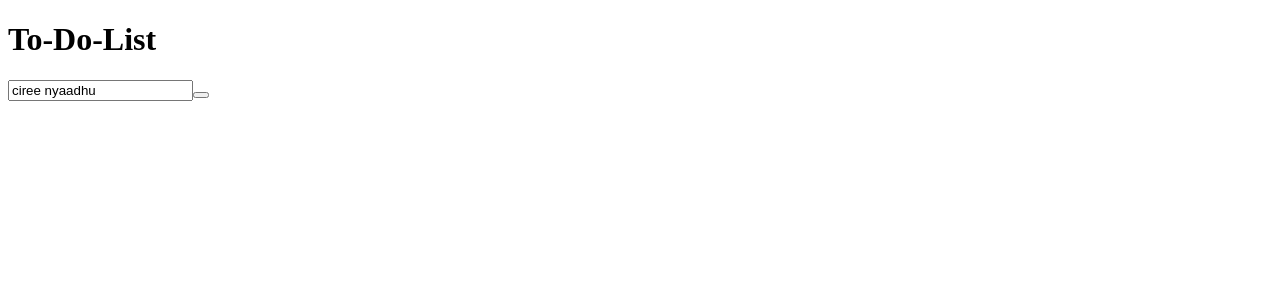
Repository: wakoya-tech/to-do-list-app
Page: /
These files come from the project's save history. The page is drawn as it stood at one moment and after the next save; the edit follows.
The browser window is 1280 px wide. The pictures show the whole page.
The project was rebuilt for these pictures with package versions that can differ from the ones it lists, and the page was loaded fresh each time. Also part of the build but not shown: vite.config.js, src/App.css, src/index.css.

Above is the page before, as saved 2025-10-16 15:31:14.

### src/App.jsx
import { useState } from 'react'
import './App.css'
import ToDoList from './ToDoList.jsx'
function App() {
 return(<>

 <ToDoList/>
 </>)
}

export default App

### src/ToDoList.jsx
import React,{useState} from 'react'

function ToDoList() {
    const [tasks,setTasks]=useState([])
    const [newTask,setNewTask]=useState("ciree nyaadhu","uffata jijiiradhu","mana barumsaa deemi");
    function handleInputChange(e){
      setNewTask(e.target.value)
    }
    function addTask(){

    }
    function deleteTask(index){

    }
    function moveTaskUp(index){

    }
    function moveTaskDown(index){

    }
  return (
    <div className='to-do-list'>
<h1>To-Do-List</h1>
<div>
    <input type="text" placeholder='enter a task'
    value={newTask} onChange={handleInputChange}/>
 <button className='add-button' onClick={addTask}> </button>
</div>
    </div>
  )
}

export default ToDoList

Loaded but not shown: index.html (common file); src/main.jsx (common file)

After the next save:
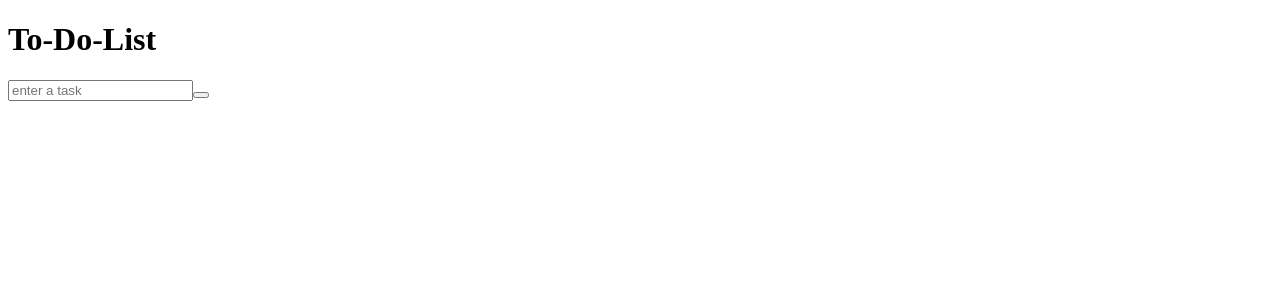
Saved 51 s later.
--- a/src/ToDoList.jsx
+++ b/src/ToDoList.jsx
@@ -1,8 +1,8 @@
 import React,{useState} from 'react'
 
 function ToDoList() {
-    const [tasks,setTasks]=useState([])
-    const [newTask,setNewTask]=useState("ciree nyaadhu","uffata jijiiradhu","mana barumsaa deemi");
+    const [tasks,setTasks]=useState(["ciree nyaadhu","uffata jijiiradhu","mana barumsaa deemi"])
+    const [newTask,setNewTask]=useState("");
     function handleInputChange(e){
       setNewTask(e.target.value)
     }
